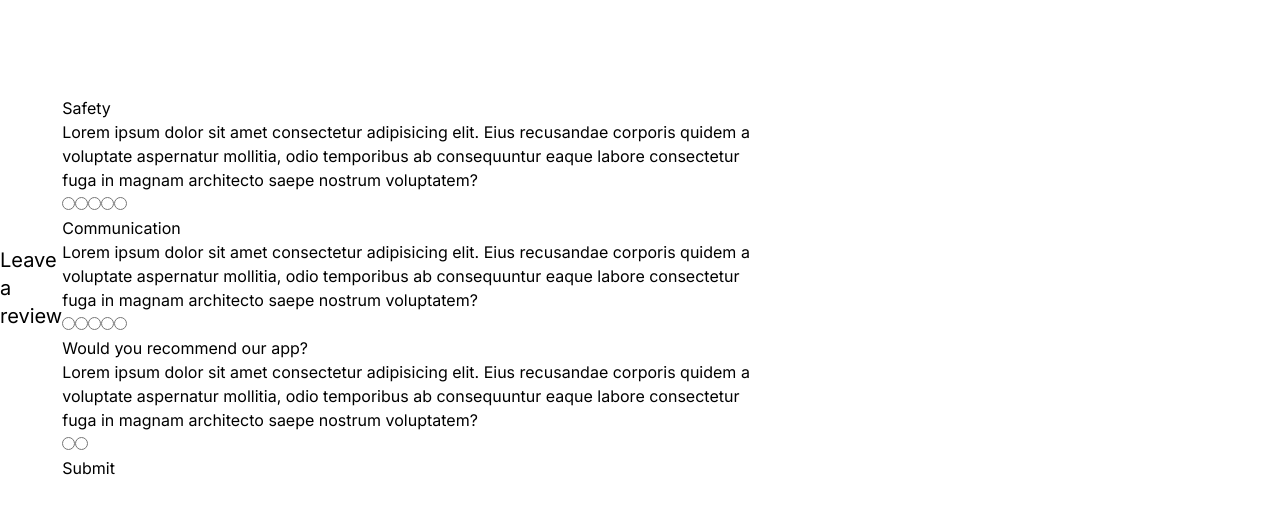
Repository: akankshaajoshi/review-form
Page: /review
The author's editor kept a copy of each file at every save. The page is drawn from the files as they stood at one save, then again after the next save.
The browser window is 1280 px wide. The pictures show the whole page.
The project was rebuilt for these pictures with package versions that can differ from the ones it lists, and the page was loaded fresh each time. The framework's server and built-in components were replaced by stand-ins that run in the browser. Also part of the build but not shown: next.config.mjs.

Above is the page before, as saved 2024-05-25 12:28:00.

### app/(routes)/review/page.tsx
'use client'
import { useFormState, useFormStatus } from "react-dom";
import {createReview} from "@/app/actions"

const initialState = {
    message: null,
}

function SubmitButton(){
    const {pending} = useFormStatus();
    return (
        <button type="submit" aria-disabled={pending}>
            Submit
        </button>
    )
}

export default function Review(){
    const ratings = [1, 2, 3, 4, 5];
    const [state, formAction] = useFormState(createReview, initialState);
    return (
        <div className=" w-[100vw] h-[100vh]">
            <div className="flex items-center h-[80vh] w-[60vw]">
            <h2 className="text-xl text-bold">Leave a review</h2>
            {state?.message}
            <form action={formAction}>
                <fieldset>
                    <label htmlFor="safety">Safety</label>
                    <p>Lorem ipsum dolor sit amet consectetur adipisicing elit. Eius recusandae corporis quidem a voluptate aspernatur mollitia, odio temporibus ab consequuntur eaque labore consectetur fuga in magnam architecto saepe nostrum voluptatem?</p>
                    {ratings.map((item, index) =>{
                        return (
                            <input key={index} type="radio" name="safety" id={item.toString()} value={item}/>
                        )
                    })}
                </fieldset>
                <fieldset>
                    <label htmlFor="communication">Communication</label>
                    <p>Lorem ipsum dolor sit amet consectetur adipisicing elit. Eius recusandae corporis quidem a voluptate aspernatur mollitia, odio temporibus ab consequuntur eaque labore consectetur fuga in magnam architecto saepe nostrum voluptatem?</p>
                    {ratings.map((item, index) =>{
                        return (
                            <input key={index} type="radio" name="communication" id={item.toString()} value={item}/>
                        )
                    })}
                </fieldset>
                <fieldset>
                    <label htmlFor="recommend">Would you recommend our app? </label>
                    <p>Lorem ipsum dolor sit amet consectetur adipisicing elit. Eius recusandae corporis quidem a voluptate aspernatur mollitia, odio temporibus ab consequuntur eaque labore consectetur fuga in magnam architecto saepe nostrum voluptatem?</p>
                    <input type="radio" name="recommend" id="true" value="true" />
                    <input type="radio" name="recommend" id="false" value="false"/>
                </fieldset>
                <SubmitButton/>
            </form>
            </div>
        </div>
    )
}

### app/actions.tsx
'use server'

import {revalidatePath} from "next/cache";
import {sql} from "@vercel/postgres"
import {z} from 'zod'
// CREATE TABLE reviews (
//     id SERIAL PRIMARY KEY,
//      safety INTEGER NOT NULL,
//     communication INTEGER NOT NULL,
//      recommend VARCHAR(5) NOT NULL );
export async function createReview(prevState: {message: string}, formData: FormData){

    const schema = z.object({
        safety: z.number(),
        communication: z.number(),
        recommend: z.string(),
    })
    const parse = schema.safeParse({
        safety: Number(formData.get('safety')),
        communication: Number(formData.get('communication')),
        recommend: formData.get('recommend'),
    })

    if (!parse.success) {
        console.log("incorrect parse")
        return { message: "Failed to create todo" };
      }

    const data = parse.data

    try{
        await sql`
        INSERT INTO reviews(safety, communication, recommend) VALUES (${data.safety}, ${data.communication}, ${data.recommend})
        `
        // revalidatePath('/reviews/' )
        return {message: `Added review successfully.`}
    }catch(err){
        console.log(err)
        return {message: `Failed to add review.`}
    }
}

Loaded but not shown: app/layout.tsx (common file); app/globals.css (common file); tailwind.config.ts (common file)

After the next save:
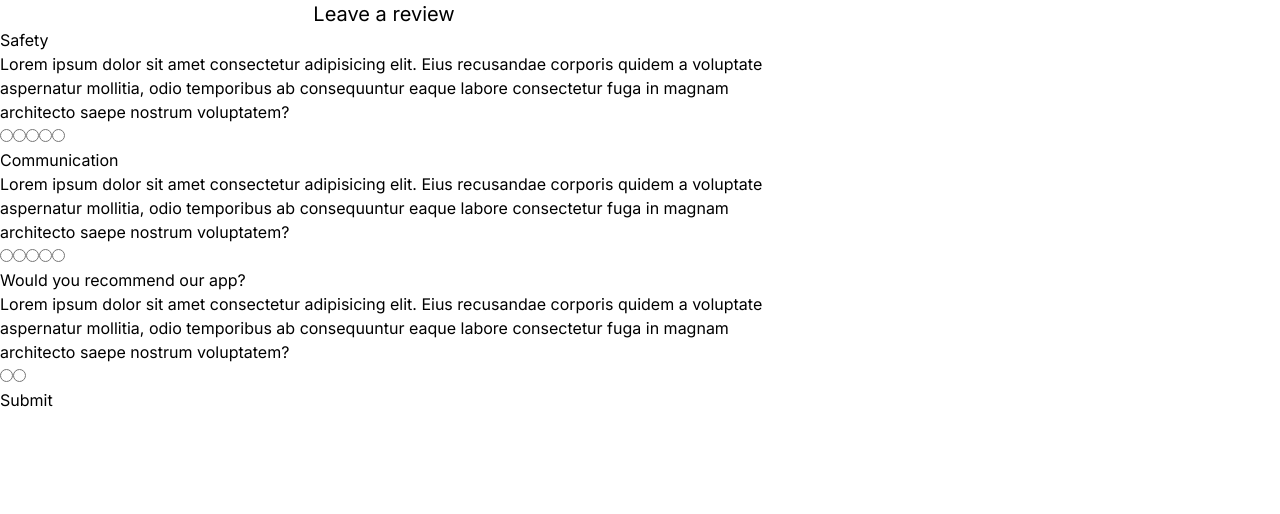
Saved 9 s later.
--- a/app/(routes)/review/page.tsx
+++ b/app/(routes)/review/page.tsx
@@ -20,7 +20,7 @@ export default function Review(){
     const [state, formAction] = useFormState(createReview, initialState);
     return (
         <div className=" w-[100vw] h-[100vh]">
-            <div className="flex items-center h-[80vh] w-[60vw]">
+            <div className="flex flex-col gap-x-4 items-center h-[80vh] w-[60vw]">
             <h2 className="text-xl text-bold">Leave a review</h2>
             {state?.message}
             <form action={formAction}>
